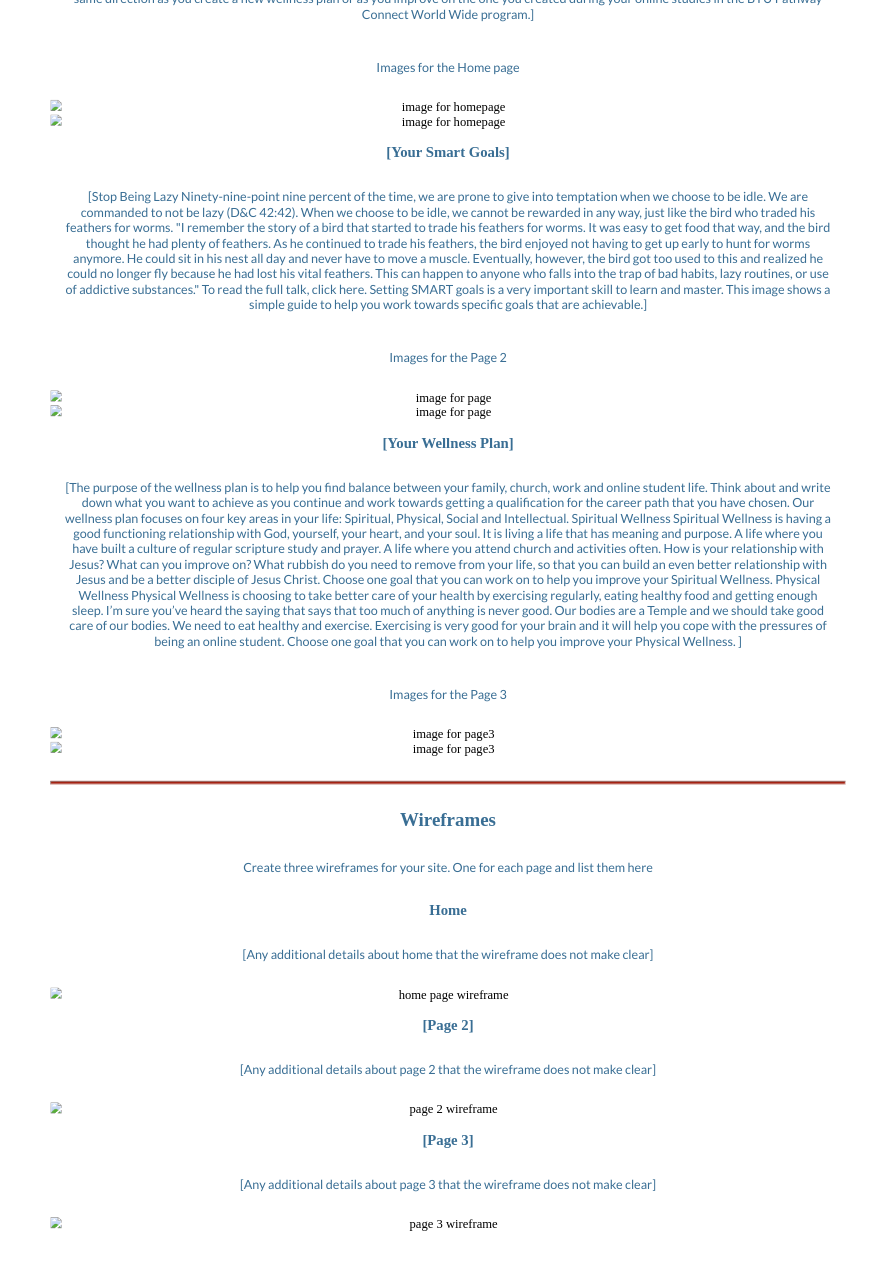
Repository: mszakutumela/wdd130
Page: wellness_plan/site-plan.html
An editor plug-in stored every save of this project. The page is shown before and after the next save, followed by the edit.
The browser window is 1280 px wide. The pictures show the part of the page from y = 3001 to 4921 px (the page is 4833 px tall before and 4921 px after), at 70% of full size.
Some web fonts or font styles are not loaded; a fallback is used.

Above is the page before, as saved 2023-07-14 22:41:44.

### wellness_plan/site-plan.html

<!DOCTYPE html>
<html lang="en-us">

  <head>
    <meta charset="utf-8">
    <title>Site Plan</title>
    <link type="text/css" rel="stylesheet" href="styles/site-plan.css">
  </head>

  <body>
    <header>
      <h1>[Wellness Plan] Site Plan</h1>
      <h2>Ayanda Ndlovu</h2>
      <h2>WDD 130-[W07-W08]</h2>
      <!-- In the header above, add the name or your site, your name and class number. For example if you are in section 3 you would put WDD 130.03 -->
    </header>
    <main>

      <!-- ------------------------Steps 2-3------------------------------ -->
      <hr>
      <h2>Overview</h2>
      <h3>Purpose</h3>
      <p>[The purpose of this website is to educate BYU Pathway World Wide online students around the world about a "Wellness Plan". For them <br>
        to know what it is and how it can help them. We know that furthering one's studies is not easy and it can <br>
        be very challenging. We are here help you create your own Wellness Plan for your academic and career success.]</p>  <!-- change this -->


      <h3>Audience</h3>
      <p>[BYU Pathway World Wide online students around the world who are studying to get a qualification for their chosen career path.]</p>  <!-- change this -->

      <hr>
      <h2>Branding</h2>
      <h3>Website Logo</h3>
      <!-- Replace this with some sort of logo for your site.  A logo can be as simple as the name of your site in a nice font :) -->
      <img src="images/logo 1.png" alt="Logo image">
      <hr>
      <h2>
        Style Guide
      </h2>

      <!-- ------------------------Steps 4-8------------------------------ -->

      <h3>
        Color Palette
      </h3>
      <!--  The colors you choose for a website are one of the most important decisions you will make. Follow the instructions on the activity in iLearn then return and replace the color codes below with the hex color codes (the 6 digit numbers that show at the bottom of each color) for the colors you have chosen below.  You should have at least 2 colors but do not have to fill in all 4 if you do not need them.  -->

      <!-- Copy and paste the URL to your finished palette below Make sure to paste it into both spots -->
      Palette URL: <a href="https://coolors.co/396e94-e7c24f-a43312-381d2a-aabd8c" target="_blank">https://coolors.co/396e94-e7c24f-a43312-381d2a-aabd8c</a>


      <table class="colors">
        <tr><th>Primary</th><th>Secondary</th><th>Accent 1</th><th>Accent 2</th></tr>
        <!-- Replace the numbers in the boxes below with your hex color codes. Then switch to the site-plan.css file and change your colors there as well. -->
        <tr><td class="primary">[#327570]</td><td class="secondary">[#b4f7f1]</td><td class="accent1">[#69f5ea]</td><td class="accent2">[#53c2b0]</td></tr>
      </table>

      <!-- ------------------------Step 9------------------------------ -->

      <h3>
        Typography
      </h3>
      <!-- Choose a font for your paragraphs (body copy) and headlines. What font(s) have you chosen? Why did you choose what you did?  Make sure to review the list of web safe fonts at W3Schools.org as a starting point.  Think also about which of your colors above you might use for background and font colors. -->

      <h4>
        Heading Font: [Arial]  <!-- change this -->
      </h4>
      <h4>
        Paragraph Font: [Tahoma]  <!-- change this -->
      </h4>
      <h3>
        Normal paragraph example
      </h3>
      <p>
        Lorem ipsum dolor sit amet, consectetur adipiscing elit, sed do eiusmod tempor incididunt ut labore et dolore magna aliqua. Ut enim ad minim veniam, quis nostrud exercitation ullamco laboris nisi ut aliquip ex ea commodo consequat. Duis aute irure dolor in reprehenderit in voluptate velit esse cillum dolore eu fugiat nulla pariatur. Excepteur sint occaecat cupidatat non proident, sunt in culpa qui officia deserunt mollit anim id est laborum.
      </p>
      <h3>
        Colored paragraph example
      </h3>
      <p class="colored">
        Lorem ipsum dolor sit amet, consectetur adipiscing elit, sed do eiusmod tempor incididunt ut labore et dolore magna aliqua. Ut enim ad minim veniam, quis nostrud exercitation ullamco laboris nisi ut aliquip ex ea commodo consequat.
      </p>

      <!-- ------------------------Step 10------------------------------ -->

      <h3>
        Navigation
      </h3>
      <!-- Think about how you want your navigation bar to look. In the site-plan.css file change the colors to your colors to get the look you desire. -->
      <nav>
        <a href="#">Home</a>
        <a href="#">Your Smart Goals </a>
        <a href="#">Your Wellness Plan</a>
      </nav>
      <hr>
      <h2>
        Site Map
      </h2>
      <div class="sitemap">
        <div class="sm-home">
          Home
        </div>
        <div class="sm-page2">
          [Your Smart Goals] <!-- change this -->
        </div>
        <div class="sm-page3">
          [Your Wellness Plan]  <!-- change this -->
        </div>

        <div class="top">
          &nbsp;
        </div>
        <div class="left">
          &nbsp;
        </div>
        <div class="right">
          &nbsp;
        </div>

      </div>

      <!-- --------Content Section -------------- -->
      <hr>
      <h2>
        Content
      </h2>
      <h3>Home page</h3>
      <p>
        [Welcome to our website. We hope that you will enjoy your visit with us.
        Depending on your needs, we hope that we can assist you in improving and
        in helping you to coordinate your health and wellness in a productive way
        so that you are able to successfully reach your academic and career goals.
        You have the power and control over your health and wellness. We believe
        that as a child God, you have the potential with the Lord's help to become
        so much more than what you envision for yourself and life.
        You have probably reached our website because you have successfully completed
        the BYU Pathway Connect World Wide online program. You are now ready to continue
        your online studies by working towards getting a qualification in your chosen career
        field at BYU-Idaho.
        As you continue to invite Jesus in your online student life and ask Him to help you.
        Through your faith, obedience and diligence, you will receive the help that you need,
        in the same way that the prophet Nephi of old did. He did not know what to do and the
        Spirit was able to help direct him (1 Nephi 4:6). You can also get the same direction
        as you create a new wellness plan or as you improve on the one you created during your
        online studies in the BYU Pathway Connect World Wide program.]
      </p>
      <p>Images for the Home page</p>
        <img src="#" alt="image for homepage">
        <img src="#" alt="image for homepage">

      </ul>
      <h3>[Your Smart Goals]</h3>
      <p>
        [Stop Being Lazy
        Ninety-nine-point nine percent of the time, we are prone to give into temptation when we choose
        to be idle. We are commanded to not be lazy (D&C 42:42). When we choose to be idle, we cannot be
        rewarded in any way, just like the bird who traded his feathers for worms.
        "I remember the story of a bird that started to trade his feathers for worms. It was easy to get
        food that way, and the bird thought he had plenty of feathers. As he continued to trade his feathers,
        the bird enjoyed not having to get up early to hunt for worms anymore. He could sit in his nest all day
        and never have to move a muscle. Eventually, however, the bird got too used to this and realized he could
        no longer fly because he had lost his vital feathers. This can happen to anyone who falls into the trap of
        bad habits, lazy routines, or use of addictive substances."
        To read the full talk, click here.
        Setting SMART goals is a very important skill to learn and master. This image shows a simple guide to help
        you work towards specific goals that are achievable.]
      </p>
      <p>Images for the Page 2</p>
        <img src="#" alt="image for page">
        <img src="#" alt="image for page">

      </ul>
      <h3>[Your Wellness Plan]</h3>
      <p>
        [The purpose of the wellness plan is to help you find balance between your family, church, work and
        online student life. Think about and write down what you want to achieve as you continue and work towards
        getting a qualification for the career path that you have chosen. Our wellness plan focuses on four key
        areas in your life: Spiritual, Physical, Social and Intellectual.

        Spiritual Wellness
        Spiritual Wellness is having a good functioning relationship with God, yourself, your heart, and your soul.
        It is living a life that has meaning and purpose. A life where you have built a culture of regular scripture
        study and prayer. A life where you attend church and activities often. How is your relationship with Jesus?
        What can you improve on? What rubbish do you need to remove from your life, so that you can build an even better
        relationship with Jesus and be a better disciple of Jesus Christ. Choose one goal that you can work on to help you
        improve your Spiritual Wellness.

        Physical Wellness
        Physical Wellness is choosing to take better care of your health by exercising regularly, eating healthy food and
        getting enough sleep. I’m sure you’ve heard the saying that says that too much of anything is never good. Our bodies
        are a Temple and we should take good care of our bodies. We need to eat healthy and exercise. Exercising is very good
        for your brain and it will help you cope with the pressures of being an online student. Choose one goal that you can
        work on to help you improve your Physical Wellness.



]
      </p>
      <p>Images for the Page 3</p>
        <img src="#" alt="image for page3">
        <img src="#" alt="image for page3">

      </ul>
      <hr>
      <h2>
        Wireframes
      </h2>
      <p>
        Create three wireframes for your site. One for each page and list them here</p>

      <h3>Home</h3>
      <p>
        [Any additional details about home that the wireframe does not make clear]
      </p>
      <img src="#" alt="home page wireframe">

      <h3>[Page 2]</h3>
      <p>
        [Any additional details about page 2 that the wireframe does not make clear]
      </p>
      <img src="#" alt="page 2 wireframe">

      <h3>[Page 3]</h3>
      <p>
        [Any additional details about page 3 that the wireframe does not make clear]
      </p>
      <img src="#" alt="page 3 wireframe">
    </main>
  </body>

</html>

### wellness_plan/styles/site-plan.css
/* if you are using any Google fonts change the font names below to your fonts.
Any spaces in your font name should be replaced with a +.
Fonts are separated by a | */
@import url('https://fonts.googleapis.com/css?family=IM+Fell+French+Canon+SC|Lato');

:root {
  /* change the values below to your colors from your palette */
  --primary-color: #396E94   ;
  --secondary-color: #E7C24F ;
  --accent1-color: #A42212;
  --accent2-color: white;

  /* change the values below to your chosen font(s) */
  --heading-font: "IM Fell French Canon SC";
  --paragraph-font: Lato, Helvetica, sans-serif;

  /* these colors below should be chosen from among your palette colors above */
  --headline-color-on-white: #396E94;  /* headlines on a white background */
  --headline-color-on-color: white; /* headlines on a colored background */
  --paragraph-color-on-white: #396E94; /* paragraph text on a white background */
  --paragraph-color-on-color: white; /* paragraph text on a colored background */
  --paragraph-background-color: #396E94  ;
  --nav-link-color: #396E94;
  --nav-background-color: #D4AC0D;
  --nav-hover-link-color: white;
  --nav-hover-background-color: #396E94;
}


/*  Look around below...but DON'T CHANGE ANYTHING! */

body {
  max-width: 1200px;
  margin: 0 auto;
  padding: 4em;
  font-size: 18px;
  text-align: center;
}
img {
  display: block;
  margin: 0 auto;
}
h1, h2, h3, h4, h5, h6 {
  font-family: var(--heading-font);
  color: var(--headline-color-on-white);
}
h2 {
  text-align: center;
}
hr {
  height: 3px;
  margin: 35px 0;
  background: var(--accent1-color);
}
header {
  padding: 1em;
  text-align: center;
  color: var(--headline-color-on-color);
  background-color: var(--paragraph-background-color);
}
header > h1, header > h2 {
  color: var(--headline-color-on-color);
}

p {
  font-family: var(--paragraph-font);
  color: var(--paragraph-color-on-white);
  padding: 1em;
}
.colors {
  width: 100%;
  min-width: 350px;
  margin: 30px auto;
  text-align: center;
}
.colors th {
  background-color: #999;
}
.colors td{
  width: 25%;
  height: 3em;
}

.primary {
  background-color: #327570;
}
.secondary {
  background-color: #b4f7f1;
}
.accent1 {
  background-color: #69f5ea;
}
.accent2{
  background-color: var(#53c2b9);
}

p.colored {
  background-color: var(--paragraph-background-color);
  color: var(--paragraph-color-on-color);
}

nav {
  background-color: var(--nav-background-color);
  line-height: 3em;
  text-align: center;
  font-size: 1.2em;
}
nav  {
  list-style-type: none;
  display: flex;

}
nav a {
  padding:1em;
  min-width: 120px;
  text-decoration: none;
  padding: 10px;

}
nav a:link, nav a:visited {
  color: var(--nav-link-color);
}
nav a:hover {
  color: var(--nav-hover-link-color);
  background-color: var(--nav-hover-background-color);
}

.sitemap {
  display: grid;
  justify-content: center;

  grid-template-columns: repeat(6, 15%);
  grid-template-rows: 3em 1.5em 1.5em 3em;
  grid-template-areas: ". . home home . ."
    ". . . top . ."
    ". left left right right ."
    "page2 page2 . . page3 page3";
}
.sitemap > div {

  text-align: center;

}
.sm-home {
  grid-area: home;
  background-color: #ccc;
  line-height: 3em;
}
.sm-page2 {
  grid-area: page2;
  background-color: #ccc;
  line-height: 3em;
}
.sm-page3 {
  grid-area: page3;
  background-color: #ccc;
  line-height: 3em;
}

.top {
  grid-area: top;
  border-left: 1px solid;
}

.left {
  grid-area: left;
  border-top: 1px solid;
  border-left: 1px solid;
}

.right {
  grid-area: right;
  border-top: 1px solid;
  border-right: 1px solid;
}

After the next save:
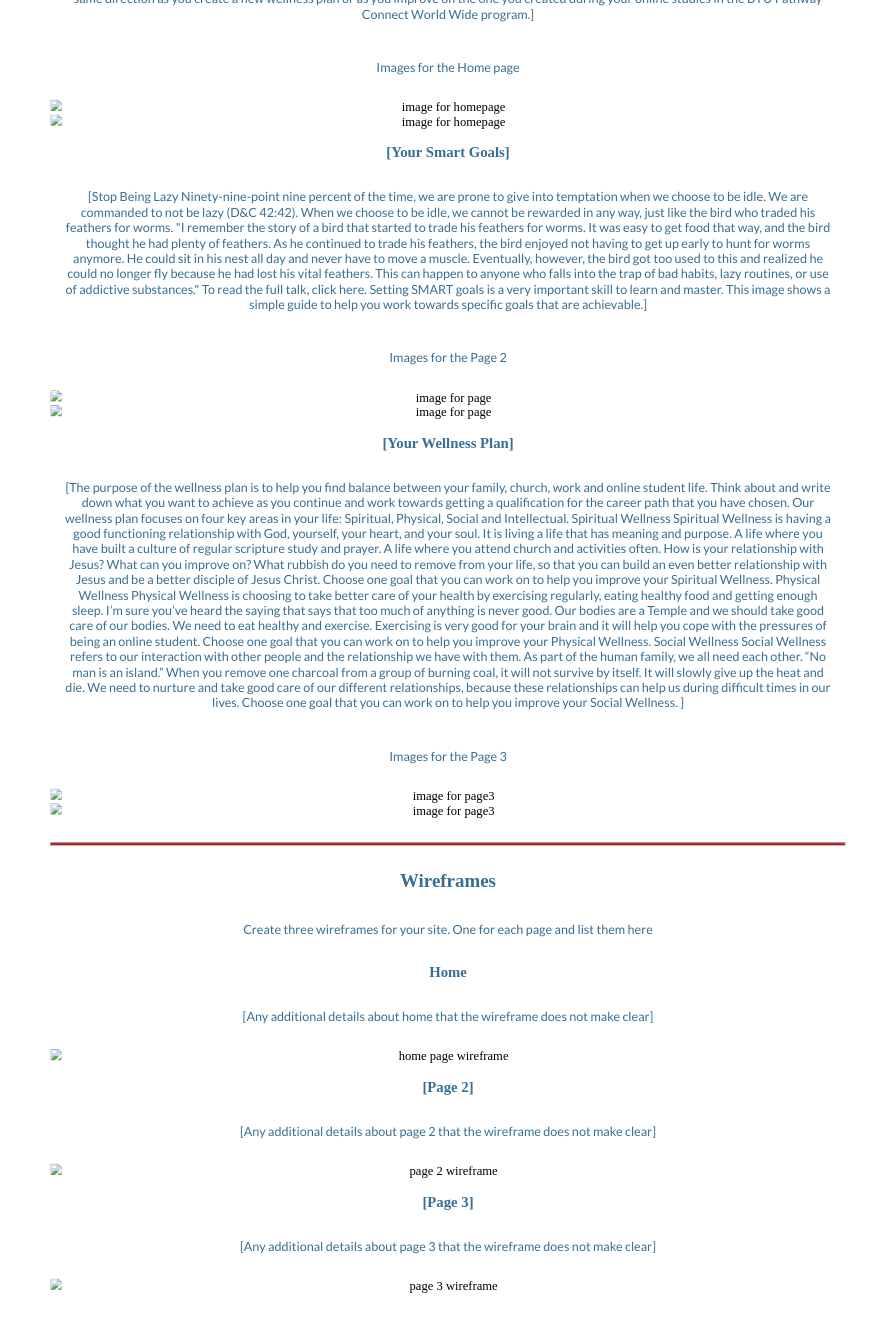
Saved 28 s later.
--- a/wellness_plan/site-plan.html
+++ b/wellness_plan/site-plan.html
@@ -193,6 +193,8 @@
         for your brain and it will help you cope with the pressures of being an online student. Choose one goal that you can
         work on to help you improve your Physical Wellness.
 
+        Social Wellness
+Social Wellness refers to our interaction with other people and the relationship we have with them. As part of the human family, we all need each other. “No man is an island.” When you remove one charcoal from a group of burning coal, it will not survive by itself. It will slowly give up the heat and die. We need to nurture and take good care of our different relationships, because these relationships can help us during difficult times in our lives. Choose one goal that you can work on to help you improve your Social Wellness.
 
 
 ]
